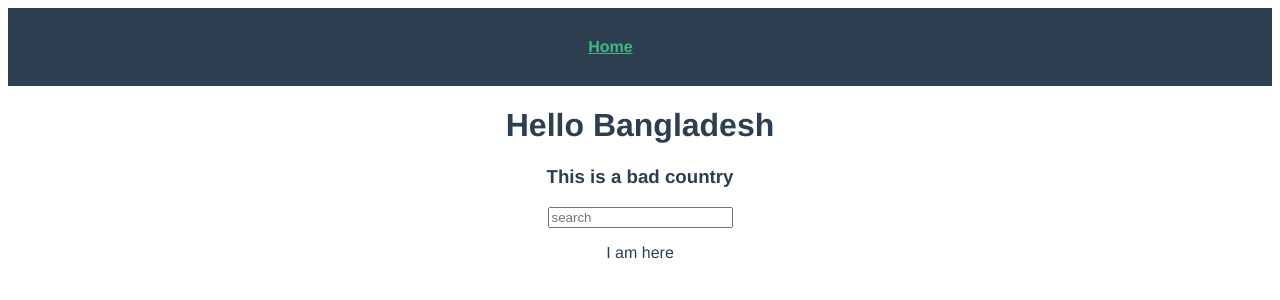
Repository: arif286/PokeDex-website
Page: /
These files come from the project's save history. The page is drawn as it stood at one moment and after the next save; the edit follows.
The browser window is 1280 px wide. The pictures show the whole page.
The project was rebuilt for these pictures with package versions that can differ from the ones it lists, and the page was loaded fresh each time.

Above is the page before, as saved 2021-06-02 20:46:14.

### src/App.vue
<template>
  <div id="nav">
    <router-link to="/">Home</router-link> |
    <router-link to="/about">About</router-link>
  </div>
  <router-view/>
</template>

<style>
#app {
  font-family: Avenir, Helvetica, Arial, sans-serif;
  -webkit-font-smoothing: antialiased;
  -moz-osx-font-smoothing: grayscale;
  text-align: center;
  color: #2c3e50;
}

#nav {
  padding: 30px;
  background-color: #2c3e50;
}

#nav a {
  font-weight: bold;
  color: #2c3e50;
}

#nav a.router-link-exact-active {
  color: #42b983;
}
</style>

### src/views/Home.vue
<template>
  <div class="home">
    <h1>Hello {{title}}</h1>
    <h3 v-text="text"></h3>
  </div>
  <div v-html="input"></div>
  <div :id='headingId'>
    <p>I am here</p>
  </div>
</template>

<script>
// @ is an alias to /src

export default {
  name: 'Home',
  // components: {
  //   HelloWorld
  // }
  data(){
    return{
      title: 'Bangladesh',
      text: 'This is a bad country',
      input: '<input type="text" placeholder="search"/>',
      headingId: 'heading',
    }
  },
  }
</script>

Loaded but not shown: public/index.html (common file); src/main.js (common file); src/router/index.js (common file)

After the next save:
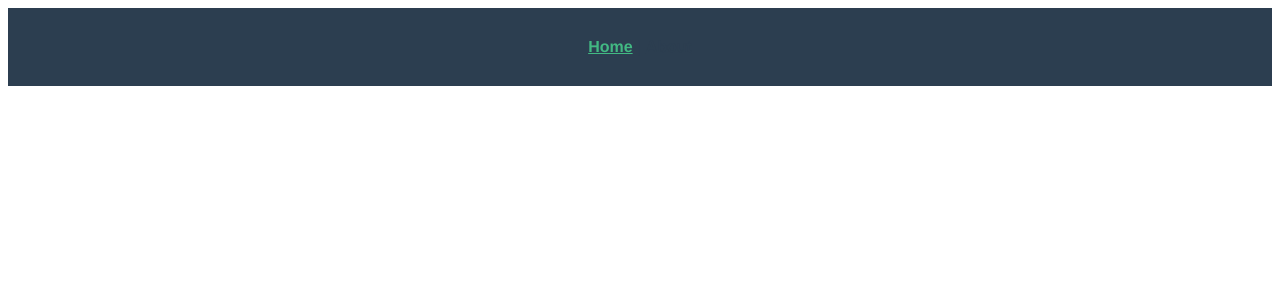
Console error: TypeError: _ctx.onchange is not a function
Saved 3 h 26 min later.
--- a/src/views/Home.vue
+++ b/src/views/Home.vue
@@ -1,11 +1,6 @@
 <template>
   <div class="home">
-    <h1>Hello {{title}}</h1>
-    <h3 v-text="text"></h3>
-  </div>
-  <div v-html="input"></div>
-  <div :id='headingId'>
-    <p>I am here</p>
+   <input type="text" v-on="onchange(e)" placeholder="Pokemon">
   </div>
 </template>
 
@@ -19,11 +14,10 @@
   // }
   data(){
     return{
-      title: 'Bangladesh',
-      text: 'This is a bad country',
-      input: '<input type="text" placeholder="search"/>',
-      headingId: 'heading',
+
     }
   },
+  created(){
+    }
   }
 </script>

After the save that followed:
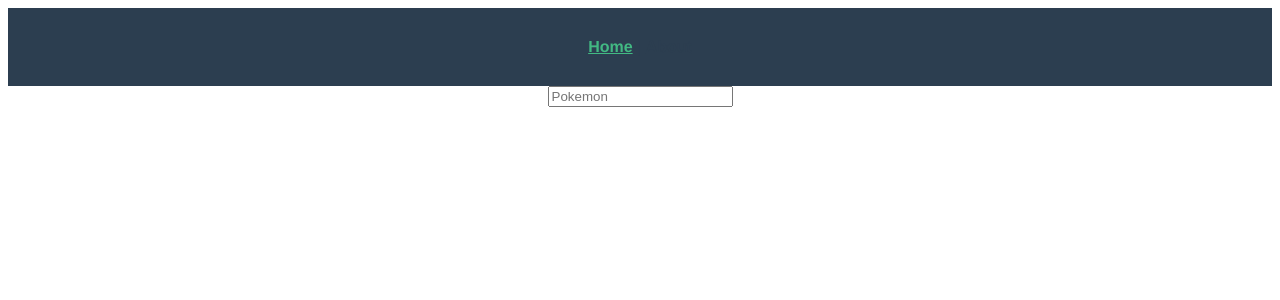
The error is gone.
Saved 14 s later.
--- a/src/views/Home.vue
+++ b/src/views/Home.vue
@@ -1,6 +1,6 @@
 <template>
   <div class="home">
-   <input type="text" v-on="onchange(e)" placeholder="Pokemon">
+   <input type="text" placeholder="Pokemon">
   </div>
 </template>
 
